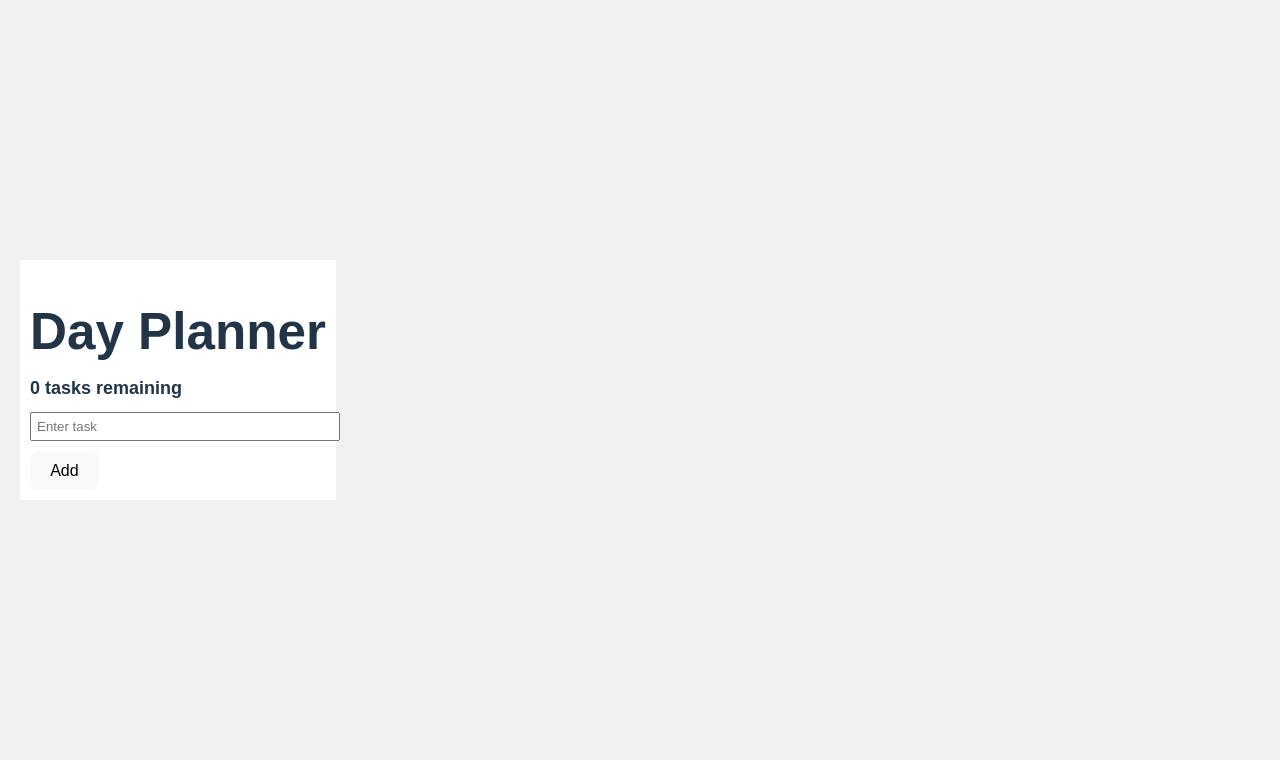
Repository: GavinPahal/lab5
Page: /
These files come from the project's save history. The page is drawn as it stood at one moment and after the next save; the edit follows.
The browser window is 1280 px wide. The pictures show the whole page.
The project was rebuilt for these pictures with package versions that can differ from the ones it lists, and the page was loaded fresh each time. Also part of the build but not shown: vite.config.js.

Above is the page before, as saved 2024-10-11 17:22:56.

After the next save:
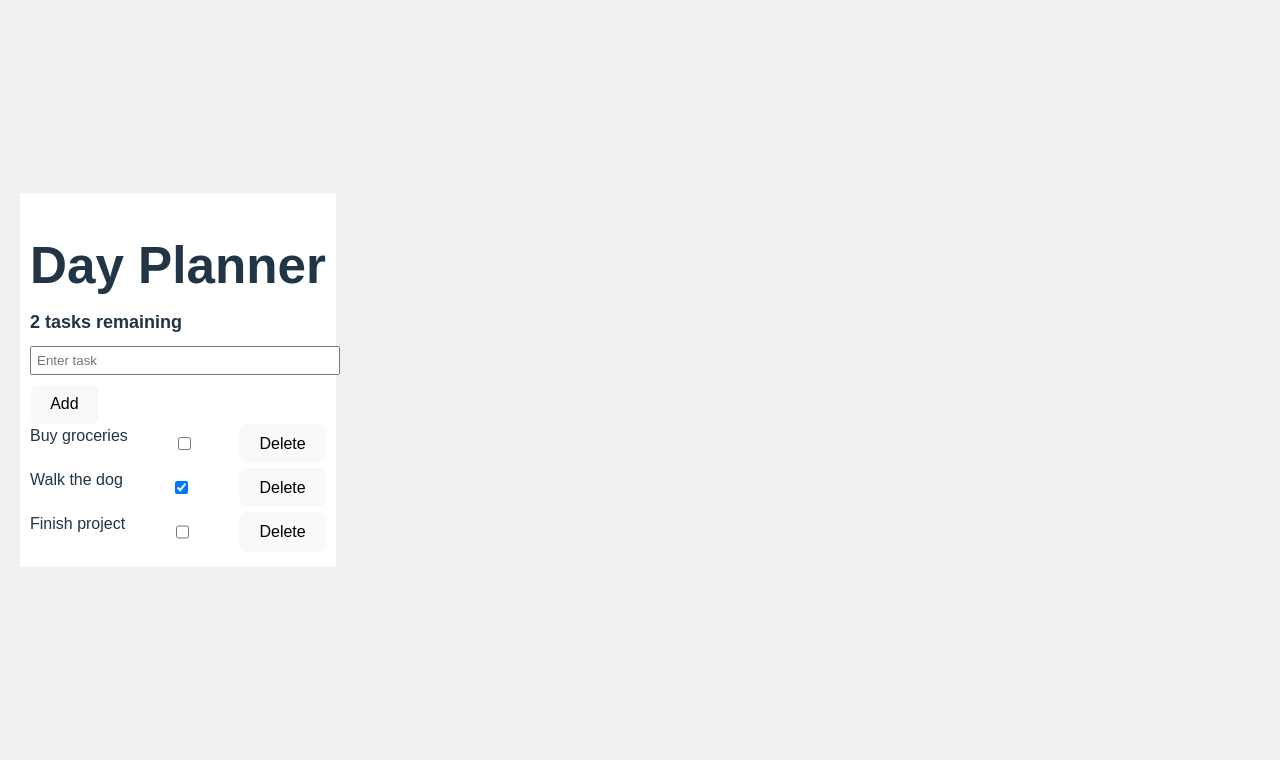
Saved 111 s later.
--- a/src/App.jsx
+++ b/src/App.jsx
@@ -6,12 +6,19 @@ import TaskList from '../components/TaskList';
 import './App.css';
 
 function App() {
-  const [tasks, setTasks] = useState([]);
+  // Initial state with predefined tasks
+  const [tasks, setTasks] = useState([
+    { id: 1, name: "Buy groceries", isCompleted: false },
+    { id: 2, name: "Walk the dog", isCompleted: true },
+    { id: 3, name: "Finish project", isCompleted: false },
+  ]);
 
+  // Add a new task
   const addTask = (name) => {
     setTasks([...tasks, { id: Date.now(), name, isCompleted: false }]);
   };
 
+  // Toggle task completion
   const toggleComplete = (id) => {
     setTasks(
       tasks.map((task) =>
@@ -20,10 +27,12 @@ function App() {
     );
   };
 
+  // Remove a task
   const deleteTask = (id) => {
     setTasks(tasks.filter((task) => task.id !== id));
   };
 
+  // Count of pending tasks
   const pendingTasksCount = tasks.filter((task) => !task.isCompleted).length;
 
   return (
